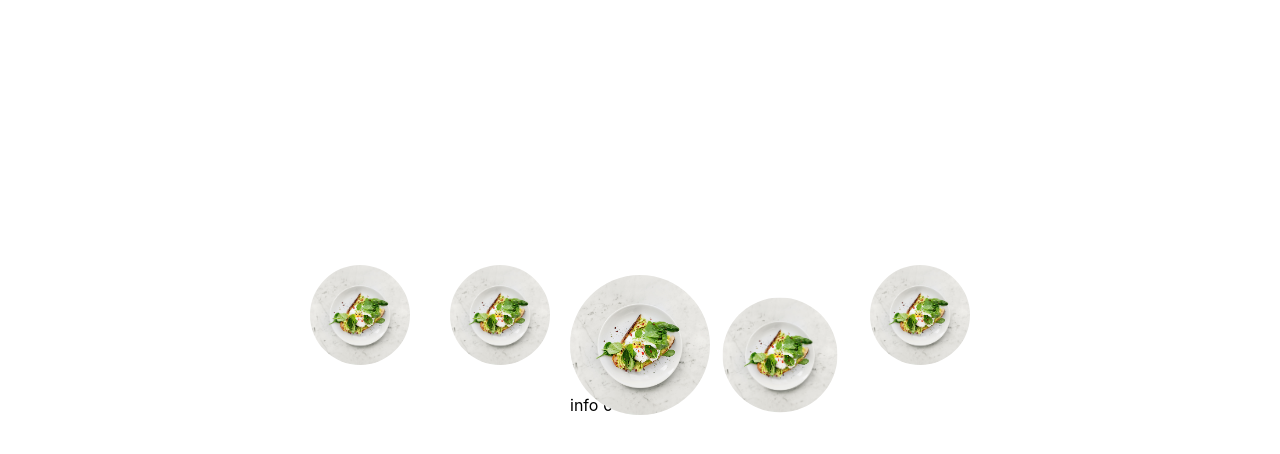
Repository: nambui98/slider
Page: /
The author's editor kept a copy of each file at every save. The page is drawn from the files as they stood at one save, then again after the next save.
The browser window is 1280 px wide. The pictures show the whole page.
The project was rebuilt for these pictures with package versions that can differ from the ones it lists, and the page was loaded fresh each time. Also part of the build but not shown: vite.config.ts.

Above is the page before, as saved 2022-04-12 10:44:07.

After the next save:
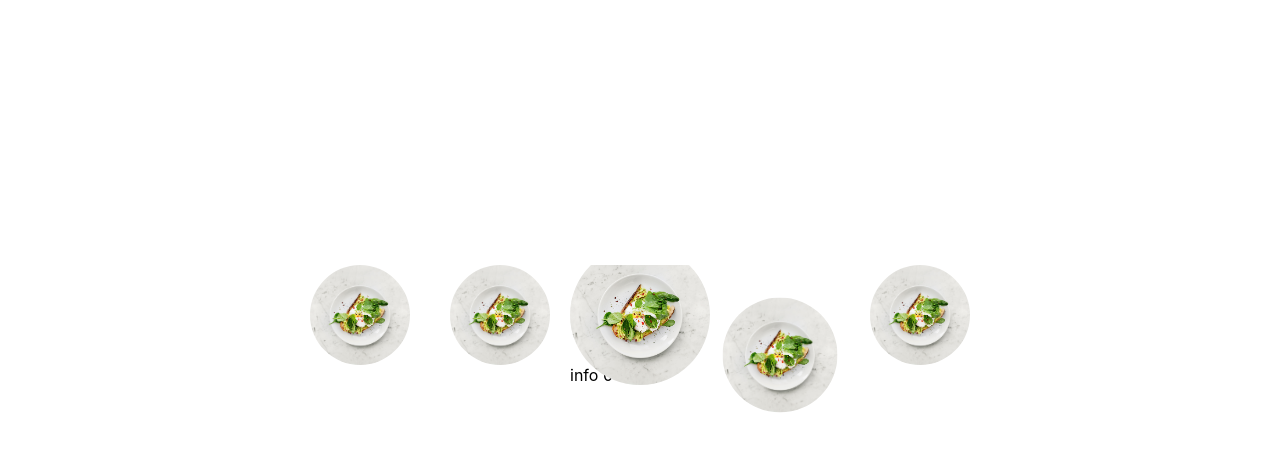
Saved 5 s later.
--- a/src/components/horizolslider/Horizolsider.tsx
+++ b/src/components/horizolslider/Horizolsider.tsx
@@ -41,7 +41,7 @@ const Item = styled.div`
         /* width: 150px;
         height: 100px; */
         /* height: 200px; */
-        margin-top: 30px;
+        /* margin-top: 30px; */
         img{
 
             /* width: 100%; */
